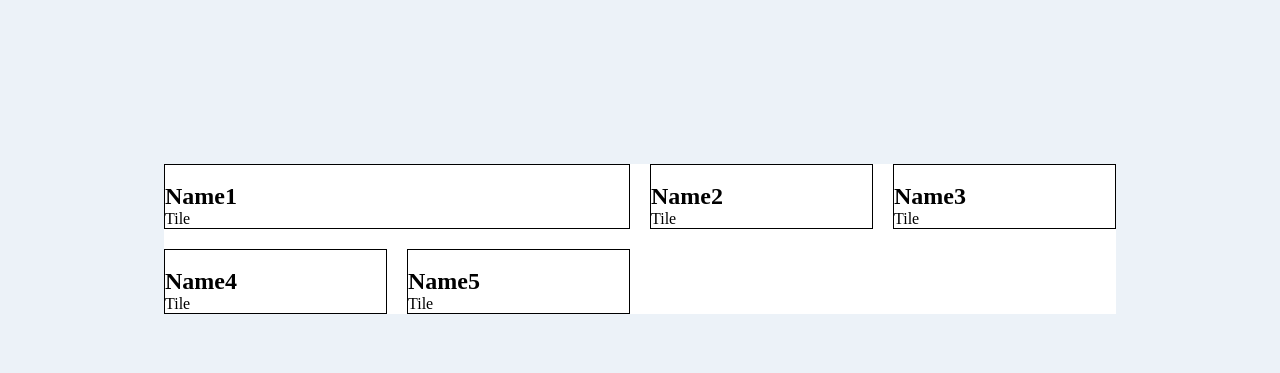
Repository: brandontaylor1/testimonial-card
Page: index.html
The author's editor kept a copy of each file at every save. The page is drawn from the files as they stood at one save, then again after the next save.
The browser window is 1280 px wide. The pictures show the whole page.

Above is the page before, as saved 2025-01-10 22:46:41.

### index.html
<!DOCTYPE html>
<html lang="en">
<head>
    <meta charset="UTF-8">
    <meta name="viewport" content="width=device-width, initial-scale=1.0">
    <link rel="preconnect" href="https://fonts.googleapis.com">
    <link rel="preconnect" href="https://fonts.gstatic.com" crossorigin>
    <link href="https://fonts.googleapis.com/css2?family=Barlow+Semi+Condensed:ital,wght@0,100;0,200;0,300;0,400;0,500;0,600;0,700;0,800;0,900;1,100;1,200;1,300;1,400;1,500;1,600;1,700;1,800;1,900&display=swap" rel="stylesheet">
    <link rel="stylesheet" href="styles.css">
    <title>Testimonial Grid </title>
</head>
<body>
    <section class="container">
        <main class="testimonial-grid">
            <div class="card" id="card-1">
                <div class="profile-content">
                    <img src="" alt="" class="profile-img">
                    <div class="profile-text">
                        <h2>Name1</h2>
                        <p>Tile</p>
                    </div>
                </div>
                <h1 class="card-heading"></h1>
                <h2 class="card-subheading"></h2>
            </div>
            <div class="card">
                <div class="profile-content">
                    <img src="" alt="" class="profile-img">
                    <div class="profile-text">
                        <h2>Name2</h2>
                        <p>Tile</p>
                    </div>
                </div>
                <h1 class="card-heading"></h1>
                <h2 class="card-subheading"></h2>
            </div>
            <div class="card" id="card-3">
                <div class="profile-content">
                    <img src="" alt="" class="profile-img">
                    <div class="profile-text">
                        <h2>Name3</h2>
                        <p>Tile</p>
                    </div>
                </div>
                <h1 class="card-heading"></h1>
                <h2 class="card-subheading"></h2>
            </div>
            <div class="card">
                <div class="profile-content">
                    <img src="" alt="" class="profile-img">
                    <div class="profile-text">
                        <h2>Name4</h2>
                        <p>Tile</p>
                    </div>
                </div>
                <h1 class="card-heading"></h1>
                <h2 class="card-subheading"></h2>
            </div>
            <div class="card" id="card-5">
                <div class="profile-content">
                    <img src="" alt="" class="profile-img">
                    <div class="profile-text">
                        <h2>Name5</h2>
                        <p>Tile</p>
                    </div>
                </div>
                <h1 class="card-heading"></h1>
                <h2 class="card-subheading"></h2>
            </div>
        </main>
    </section>
</body>
</html>

### styles.css
* {
    margin: 0;
    padding: 0;
    box-sizing: border-box;
}

:root {

    --primary-moderate-violet: hsl(263, 55%, 52%);
    --primary-very-dark-grayish-blue: hsl(217, 19%, 35%);
    --primary-very-dark-blackish-blue: hsl(219, 29%, 14%);
    --primary-white: hsl(0, 0%, 100%);

    --secondary-neurtal-light-gray: hsl(0, 0%, 81%);
    --seconday-light-grayish-blue: hsl(210, 46%, 95%);
}

body {
    background-color: #ECF2F8;
    padding: 164px
}

.testimonial-grid {
    display: grid;
    grid-template-columns: repeat(4, 1fr);
    grid-template-rows: repeat(2, 1fr);
    gap: 20px;
    background-color: var(--primary-white);
}

.card {
    border: 1px solid black;
    height: 100%;
}

#card-1 {
    grid-column: 1 / 3;
}

After the next save:
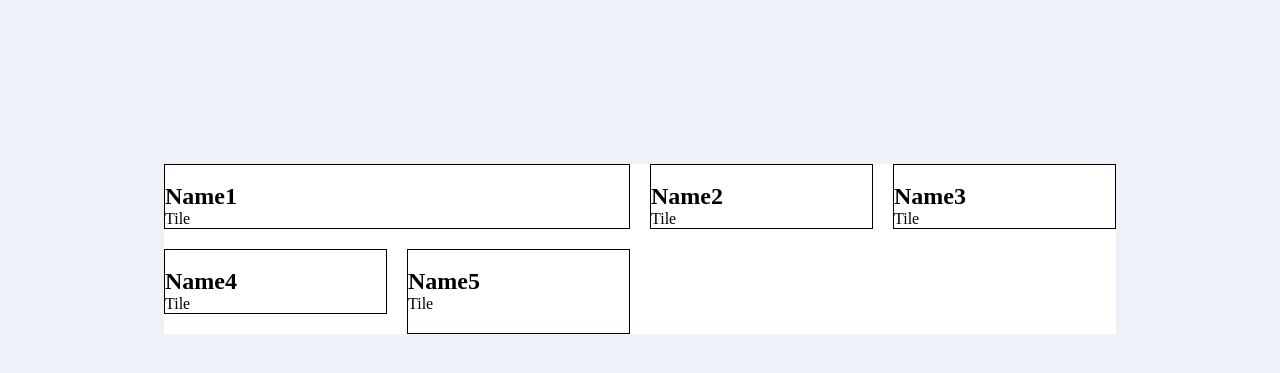
Saved 44 s later.
--- a/styles.css
+++ b/styles.css
@@ -36,3 +36,8 @@ body {
 #card-1 {
     grid-column: 1 / 3;
 }
+
+#card-5 {
+    grid-column: 2 / 3;
+    grid-row: 2 / 4;
+}
